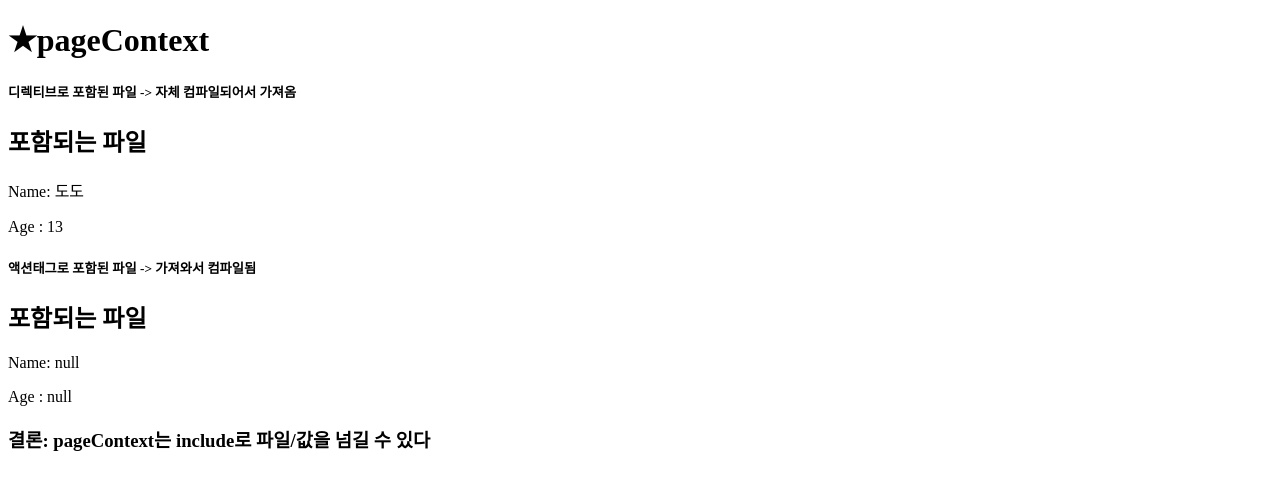
Repository: cordingdodo/javaworks2
Page: http://localhost/practice01/test09.jsp
The author's editor kept a copy of each file at every save. The page is drawn from the files as they stood at one save, then again after the next save.
The browser window is 1280 px wide. The pictures show the whole page.
The page is served by Tomcat 9. Other server files are loaded and not shown.

Above is the page before, as saved 2022-10-21 03:45:36.

### practice01/WebContent/test09.jsp
<%@ page language="java" contentType="text/html; charset=UTF-8"
    pageEncoding="UTF-8"%>
<%  pageContext.setAttribute("name", "도도");
	pageContext.setAttribute("age", "13");
%>
<!DOCTYPE html>
<html>
<head>
<meta charset="UTF-8">
<title>include 받아오기</title>
</head>
<body>
	<h1>★pageContext</h1>
	<h5>디렉티브로 포함된 파일 -> 자체 컴파일되어서 가져옴</h5>
	<%@ include file="includeFile.jsp" %>
	<h5>액션태그로 포함된 파일 -> 가져와서 컴파일됨</h5>
	<jsp:include page="includeFile.jsp"></jsp:include>
	<h3>결론: pageContext는 include로 파일/값을 넘길 수 있다</h3>
</body>
</html>

### practice01/WebContent/includeFile.jsp
<%@ page language="java" contentType="text/html; charset=UTF-8"
    pageEncoding="UTF-8"%>
<%
	String name = (String) pageContext.getAttribute("name");
	String age = (String) pageContext.getAttribute("age");
 %>
<!DOCTYPE html>
<html>
<head>
<meta charset="UTF-8">
<title>include 되는 파일 </title>
	<%
	//인클루드 , 하나 저장해서 반복적으로 쓸 거임  like 스타일 = 포함
	//<h3>결론: pageContext는 include로 파일/값을 넘길 수 있다</h3>
	%>

</head>
<body>
	<h2>포함되는 파일</h2>
	<div>
		<p>Name: <%=name %></p>
		<p>Age : <%=age %></p>
	</div>
</body>
</html>

After the next save:
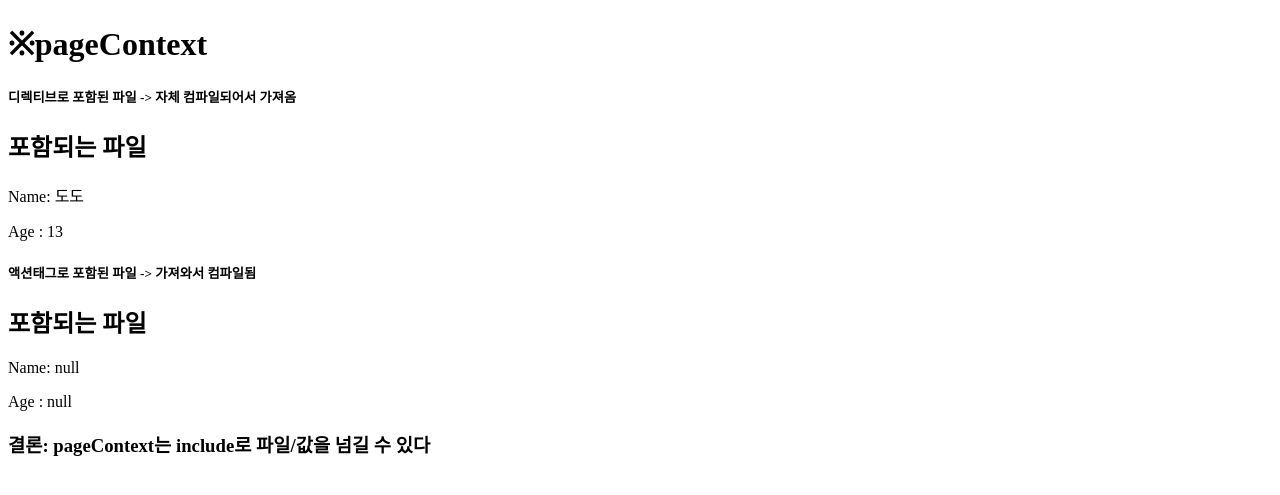
Saved 12 s later.
--- a/practice01/WebContent/test09.jsp
+++ b/practice01/WebContent/test09.jsp
@@ -10,7 +10,7 @@
 <title>include 받아오기</title>
 </head>
 <body>
-	<h1>★pageContext</h1>
+	<h1>※pageContext</h1>
 	<h5>디렉티브로 포함된 파일 -> 자체 컴파일되어서 가져옴</h5>
 	<%@ include file="includeFile.jsp" %>
 	<h5>액션태그로 포함된 파일 -> 가져와서 컴파일됨</h5>
